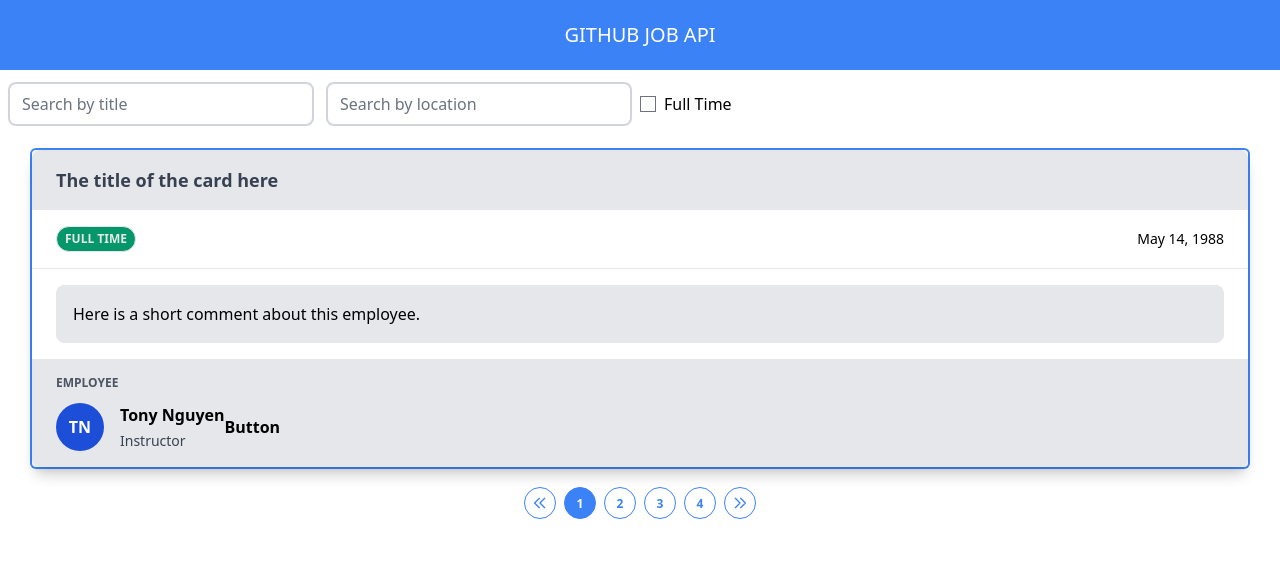
Repository: ShamroOoz/Github-job-api-React-Tailwind
Page: /
These files come from the project's save history. The page is drawn as it stood at one moment and after the next save; the edit follows.
The browser window is 1280 px wide. The pictures show the whole page.
The page's requests for data from a server got no answer. The project was rebuilt for these pictures with package versions that can differ from the ones it lists, and the page was loaded fresh each time. No one was signed in, and anything a server would have sent is missing. Also part of the build but not shown: craco.config.js, src/components/Spinner.js, src/components/Alert.js.

Above is the page before, as saved 2021-03-21 18:13:51.

### src/index.css
@tailwind base;
@tailwind components;
@tailwind utilities;

.text-style {
  @apply w-3/5 outline-none border-0 focus:ring-2 ring-indigo-600 border-2 border-gray-300 rounded-lg placeholder-gray-500 placeholder-opacity-100;
}

### src/App.js
import { useState } from "react";
import { useFetch } from "./components/Hooks/useFetch";
import NavBar from "./components/NavBar";
import SearchForm from "./components/SearchForm";
import Pagination from "./components/Pagination";
import Job from "./components/Reducer/Job";
import Spinner from "./components/Spinner";
import Alert from "./components/Alert";

function App() {
  const [params, setparam] = useState({});
  const [page, setpage] = useState(1);
  const { jobs, loading, error } = useFetch(params, page);

  const handleparamchange = (e) => {
    setpage(1);
    let param = e.target.name;
    let value = e.target.value;
    setparam((prevparams) => {
      return { ...prevparams, [param]: value };
    });
  };

  return (
    <>
      <NavBar />
      <SearchForm handleparamchange={handleparamchange} params={params} />
      {/* <div className="px-2">
        {loading && <Spinner />}
        {error && <Alert />}
        {jobs &&
          jobs.map((result, index) => <Job key={index} reult={result} />)}
      </div> */}
      <Job />
      <Pagination />
    </>
  );
}

export default App;

### src/components/Hooks/useFetch.js
import { useReducer, useEffect } from "react";
import axios from "axios";
import { reducer, ACTIONS } from "../Reducer/Reduce";

//
const { MAKE_REQUEST, GET_DATA, ERROR } = ACTIONS;
const BASE_URL =
  "https://secret-ocean-49799.herokuapp.com/https://jobs.github.com/positions.json";

const initialState = {
  jobs: [],
  loading: false,
  error: false,
};

export const useFetch = (params, page) => {
  const [state, dispatch] = useReducer(reducer, initialState);

  //useeffect hook to get data

  useEffect(() => {
    const cancelToken = axios.CancelToken.source();
    dispatch({ type: MAKE_REQUEST, payload: "" });
    axios
      .get(BASE_URL, {
        cancelToken: cancelToken.token,
        params: {
          markdown: true,
          page: page,
          ...params,
        },
      })
      .then((res) => {
        dispatch({ type: GET_DATA, payload: res.data });
        console.log(res.data);
      })
      .catch((err) => {
        if (axios.isCancel(err)) return;
        dispatch({ type: ERROR, payload: err });
      });
    //clean up
    return () => {
      cancelToken.cancel();
    };
  }, [page, params]);

  return state;
};

### src/components/NavBar.js
import React from "react";

const NavBar = () => {
  return (
    <nav className="relative flex flex-wrap items-center justify-center px-2 py-3 navbar-expand-lg bg-blue-500 ">
      <h2 className=" inline-block py-2 whitespace-no-wrap uppercase text-xl font-normal leading-normal  text-white">
        Github Job Api
      </h2>
    </nav>
  );
};

export default NavBar;

### src/components/SearchForm.js
import React from "react";

const SearchForm = ({ handleparamchange, params }) => {
  return (
    <form>
      <div className="grid grid-cols-2  ">
        <div className="py-3 px-2 flex space-x-3 ">
          <input
            className="text-style"
            type="text"
            placeholder={`Search by title `}
            name="description"
            value={params.description || ""}
            onChange={handleparamchange}
          />
          <input
            className="text-style"
            type="text"
            placeholder={`Search by location`}
            name="location"
            value={params.location || ""}
            onChange={handleparamchange}
          />
        </div>
        <div className="flex">
          <label className="flex items-center">
            <input
              type="checkbox"
              value={params.full_time || ""}
              onChange={handleparamchange}
            />
            <span className="ml-2">Full Time </span>
          </label>
        </div>
      </div>
    </form>
  );
};

export default SearchForm;

### src/components/Pagination.js
import React from "react";

const Pagination = () => {
  return (
    <nav className="block py-2 flex justify-center ">
      <ul className="flex pl-0 rounded list-none flex-wrap">
        <li>
          <a
            href="#pablo"
            className="first:ml-0 text-xs font-semibold flex w-8 h-8 mx-1 p-0 rounded-full items-center justify-center leading-tight relative border border-solid border-blue-500 bg-white text-blue-500"
          >
            <svg
              xmlns="http://www.w3.org/2000/svg"
              fill="none"
              viewBox="0 0 24 24"
              stroke="currentColor"
              className="w-4"
            >
              <path
                strokeLinecap="round"
                strokeLinejoin="round"
                strokeWidth="2"
                d="M11 19l-7-7 7-7m8 14l-7-7 7-7"
              />
            </svg>
          </a>
        </li>
        <li>
          <a
            href="#pablo"
            className="first:ml-0 text-xs font-semibold flex w-8 h-8 mx-1 p-0 rounded-full items-center justify-center leading-tight relative border border-solid border-blue-500 text-white bg-blue-500"
          >
            1
          </a>
        </li>
        <li>
          <a
            href="#pablo"
            className="first:ml-0 text-xs font-semibold flex w-8 h-8 mx-1 p-0 rounded-full items-center justify-center leading-tight relative border border-solid border-blue-500 bg-white text-blue-500"
          >
            2
          </a>
        </li>
        <li>
          <a
            href="#pablo"
            className="first:ml-0 text-xs font-semibold flex w-8 h-8 mx-1 p-0 rounded-full items-center justify-center leading-tight relative border border-solid border-blue-500 bg-white text-blue-500"
          >
            3
          </a>
        </li>
        <li>
          <a
            href="#pablo"
            className="first:ml-0 text-xs font-semibold flex w-8 h-8 mx-1 p-0 rounded-full items-center justify-center leading-tight relative border border-solid border-blue-500 bg-white text-blue-500"
          >
            4
          </a>
        </li>

        <li>
          <a
            href="#pablo"
            className="first:ml-0 text-xs font-semibold flex w-8 h-8 mx-1 p-0 rounded-full items-center justify-center leading-tight relative border border-solid border-blue-500 bg-white text-blue-500"
          >
            <svg
              xmlns="http://www.w3.org/2000/svg"
              fill="none"
              viewBox="0 0 24 24"
              stroke="currentColor"
              className="w-4"
            >
              <path
                strokeLinecap="round"
                strokeLinejoin="round"
                strokeWidth="2"
                d="M13 5l7 7-7 7M5 5l7 7-7 7"
              />
            </svg>
          </a>
        </li>
      </ul>
    </nav>
  );
};

export default Pagination;

### src/components/Reducer/Job.js
import React from "react";

const Job = (props) => {
  return (
    <div className="flex shadow-lg ring-2 ring-blue-500 mx-8 my-3 rounded">
      <div className="w-full flex flex-col bg-white shadow-lg rounded-lg overflow-hidden">
        <div className="bg-gray-200 text-gray-700 text-lg px-6 py-4 font-bold">
          The title of the card here
        </div>

        <div className="flex justify-between items-center px-6 py-4">
          <div className="bg-green-600 text-xs uppercase px-2 py-1 rounded-full border border-gray-200 text-gray-200 font-bold">
            Full Time
          </div>
          <div className="text-sm">May 14, 1988</div>
        </div>

        <div className="px-6 py-4 border-t border-gray-200">
          <div className="border rounded-lg p-4 bg-gray-200">
            Here is a short comment about this employee.
          </div>
        </div>

        <div className="bg-gray-200 px-6 py-4">
          <div className="uppercase text-xs text-gray-600 font-bold">
            Employee
          </div>

          <div className="flex items-center pt-3">
            <div className="bg-blue-700 w-12 h-12 flex justify-center items-center rounded-full uppercase font-bold text-white">
              TN
            </div>
            <div className="ml-4">
              <p className="font-bold">Tony Nguyen</p>
              <p className="text-sm text-gray-700 mt-1">Instructor</p>
            </div>

            <p className="font-bold">Button</p>
          </div>
        </div>
      </div>
    </div>
  );
};

export default Job;

### src/components/Reducer/Reduce.js
export const ACTIONS = {
  MAKE_REQUEST: "MAKE_REQUEST",
  GET_DATA: "GET_DATA",
  ERROR: "ERROR",
};

export const reducer = (state, action) => {
  switch (action.type) {
    case ACTIONS.MAKE_REQUEST:
      return { ...state, loading: true };
    case ACTIONS.GET_DATA:
      return {
        ...state,
        loading: false,
        jobs: action.payload,
      };
    case ACTIONS.ERROR:
      return { ...state, error: true };
    default:
      return state;
  }
};

Loaded but not shown: public/index.html (common file); src/index.js (common file); tailwind.config.js (common file)

After the next save:
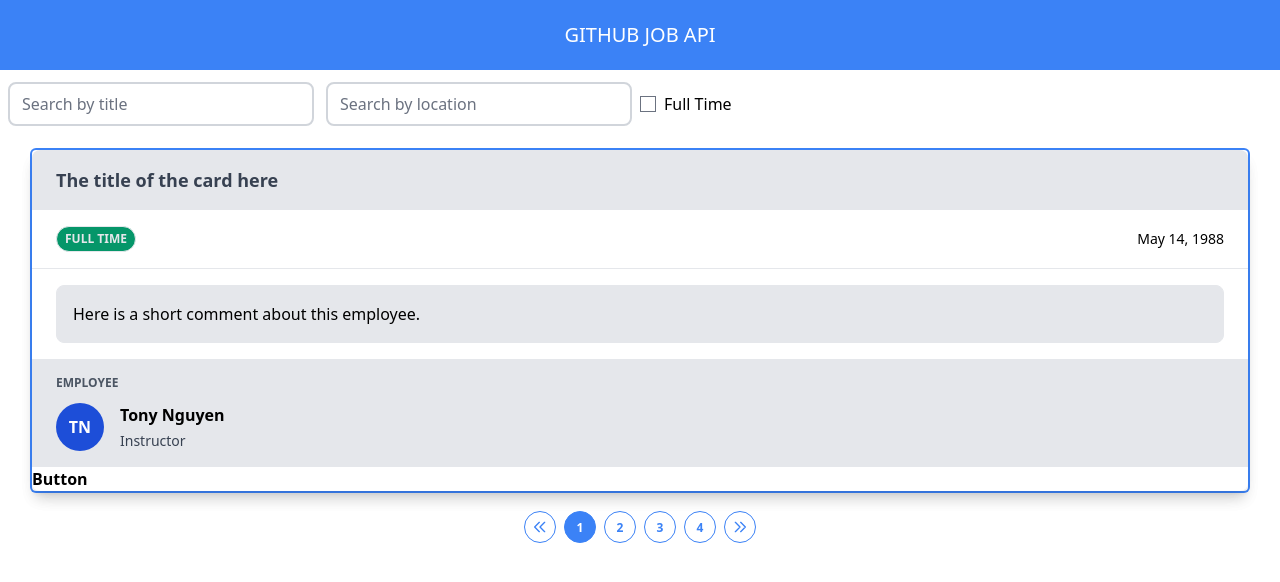
Saved 37 s later.
--- a/src/components/Reducer/Job.js
+++ b/src/components/Reducer/Job.js
@@ -34,10 +34,9 @@
               <p className="font-bold">Tony Nguyen</p>
               <p className="text-sm text-gray-700 mt-1">Instructor</p>
             </div>
-
-            <p className="font-bold">Button</p>
           </div>
         </div>
+        <p className="font-bold">Button</p>
       </div>
     </div>
   );
